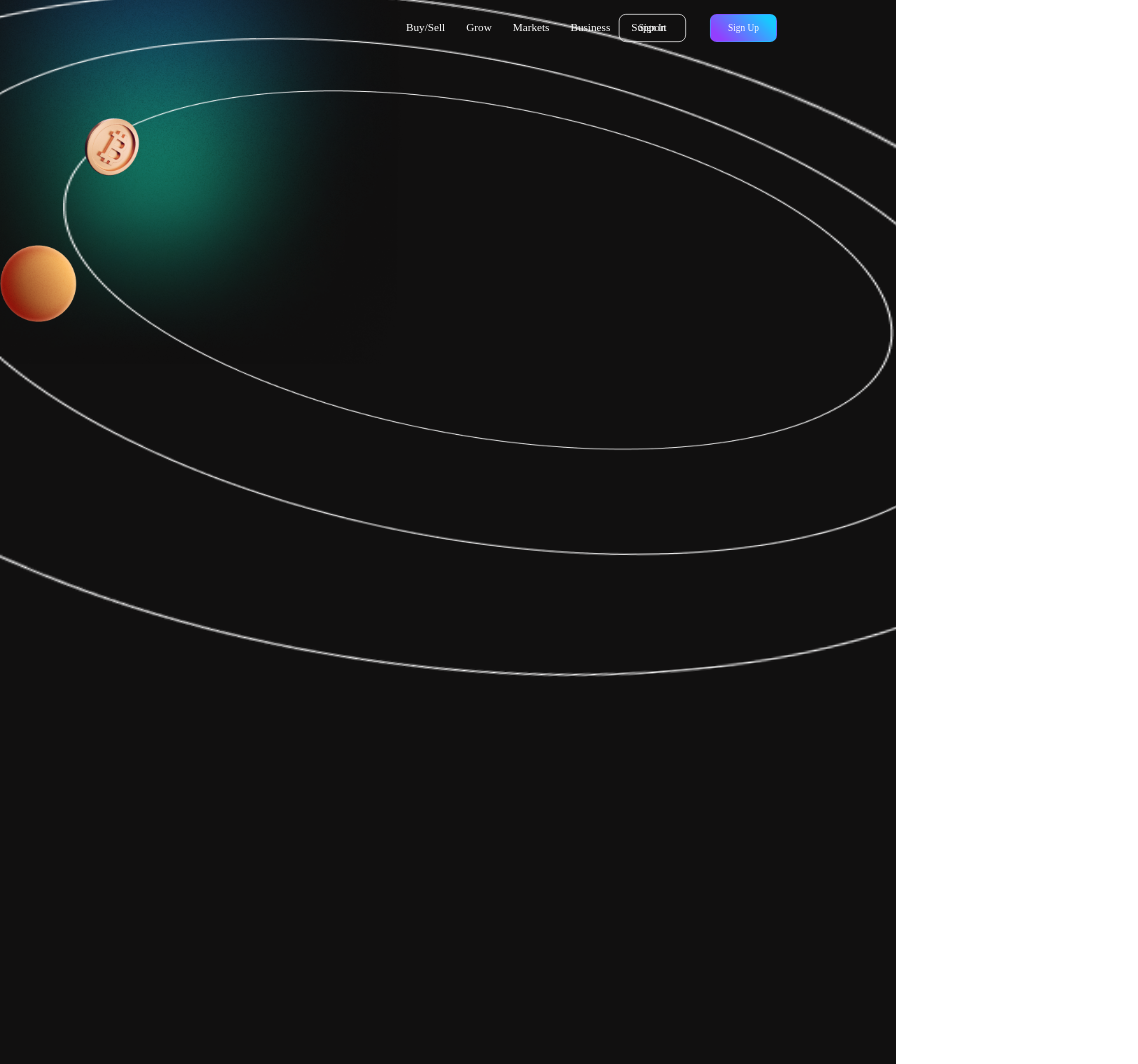
Repository: isaacCodes1/My-Crypto-Website
Page: index.html
An editor plug-in stored every save of this project. The page is shown before and after the next save, followed by the edit.
The browser window is 1280 px wide. The page is 1625 px wide, so the pictures cover 1625 px, including what lies to the right of the window. The pictures show the part of the page from y = 0 to 1520 px (the page is 7200 px tall), at 70% of full size.

Above is the page before, as saved 2024-05-16 10:45:08.

### index.html
<!DOCTYPE html>
<html lang="en">
<head>
    <meta charset="UTF-8">
    <meta name="viewport" content="width=device-width, initial-scale=1.0">
    <link rel="stylesheet" href="style.css">
    <title>Crypto Website.</title>
</head>
<body>
    <header>
        <nav>
            <div class="navGen">
                <div class="logoSec">
                    <img src="/images/float13.png" alt="" class="grad1">
                </div>
                <div class="lists">
                    <ul>
                        <li>Buy/Sell</li>
                        <li>Grow</li>
                        <li>Markets</li>
                        <li>Business</li>
                        <li>Support</li>
                    </ul>
                    <button id="in">Sign In</button>
                    <button id="up">Sign Up</button>
                </div>
            </div>
        </nav>
    </header>
    <section>
        <div class="landingGen">
            <div class="onlyDiv">
                <img id="e1" src="/images/Ellipse 2155.png" alt="">
                <img id="e2" src="/images/Ellipse 2156.png" alt="">
                <img src="/images/Ellipse 2157.png" alt="" id="e3">
                <img id="bit1" src="/images/float1.png" alt="">
                <img id="orange" src="/images/float3.png" alt="">
            </div>
        </div>
    </section>
</body>
</html>

### style.css
*{
    margin: 0;
    padding: 0;
    box-sizing: border-box;
    font-family: 'Poppins';
}
body{
    width: 100%;
}
/* NavBar */
.navGen{
    /* display: flex; */
    background-color: #111010;
    width: 100%;
    height: 100vh;
}
.logoSec{
    display: flex;
    background-color: #111010;
    height: 1000vh;
    width: 100%;
    align-items: center;
    padding-top: 30px;
    gap: 20px;
}
.grad1{
    position: absolute;
    top: 0px;
    left: 0;
}
.lists ul{
    display: flex;
    list-style: none;
    gap: 30px;
    margin-left: 580px;
    color: #fff;
    position: absolute;
    top: 30px;
}
#in{
    background: transparent;
    border: 1px solid #fff;
    border-radius: 10px;
    width: 96px;
    height: 40px;
    color: #fff;
    position: absolute;
    right: 300px;
    top: 20px;
}
#up{
    background: linear-gradient(225deg, #18C8FF 14.89%, #933FFE 85.85%);
    border: 1px solid transparent;
    color: #fff;
    width: 96px;
    height: 40px;
    position: absolute;
    right: 170px;
    border-radius: 10px;
    top: 20px;
}

/* Landing Page */

.landingGen{
    display: flex;
}
#e1{
    position: absolute;
    width: 1187px;
    height: 514px;
    transform: rotate(-0deg);
    left: 90px;
    top: 129px;
}
#e2{
    position: absolute;
    width: 1550px;
    height: 748px;
    top: 50px;
    left: -124px;
    transform: rotate(-0.9deg);
}
#e3{
    position: absolute;
    width: 1990px;
    height: 1032px;
    top: -40px;
    left: -406px;
    right: 0px;
    transform: rotate(-5deg);
}
#bit1{
    position: absolute;
    top: 140px;
    left: 90px;
}
#orange{
    position: absolute;
    top: 350px;
    left: 2;
}

After the next save:
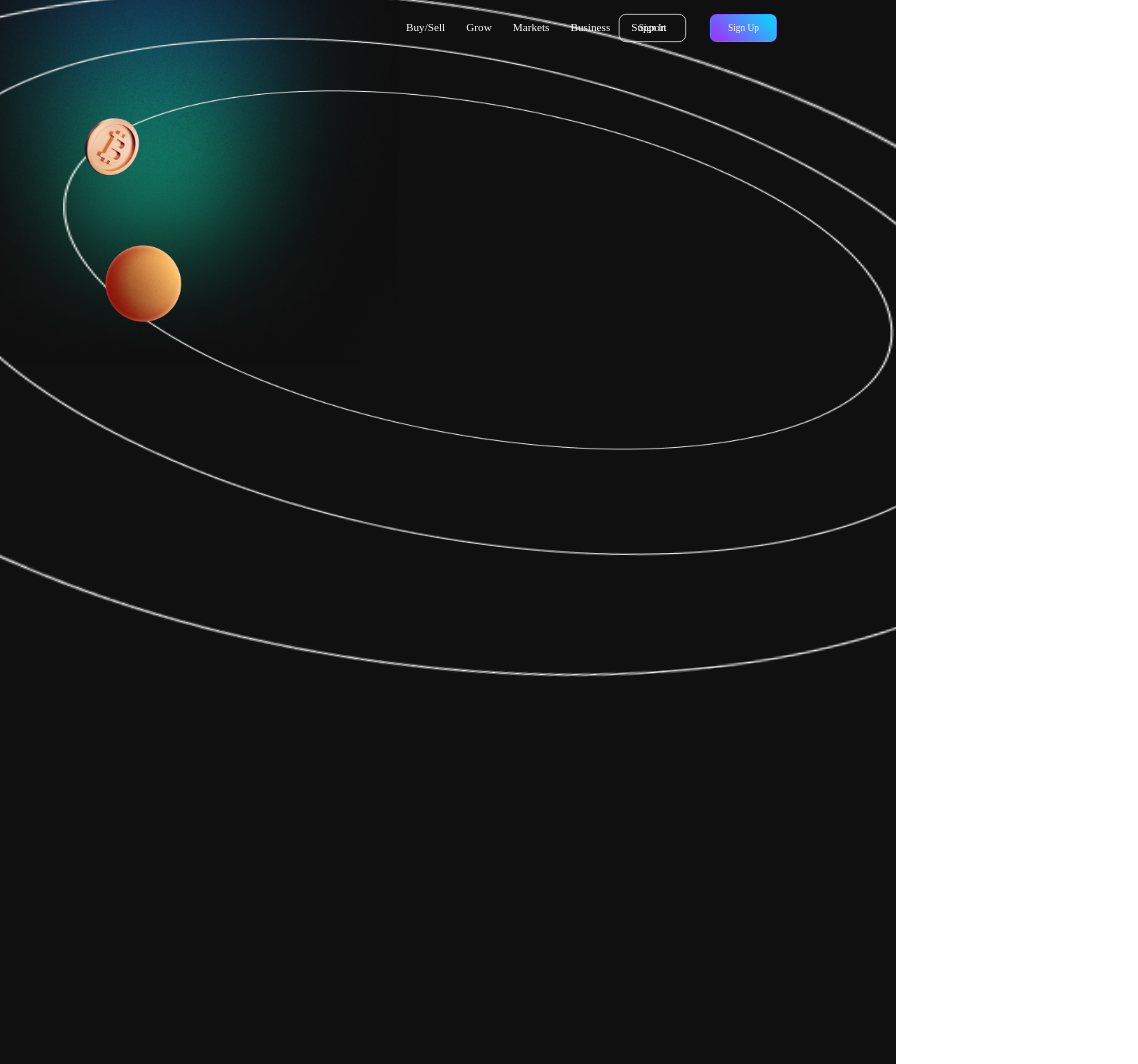
Saved 5 s later.
--- a/style.css
+++ b/style.css
@@ -98,5 +98,5 @@
 #orange{
     position: absolute;
     top: 350px;
-    left: 2;
+    left: 150px;
 }
